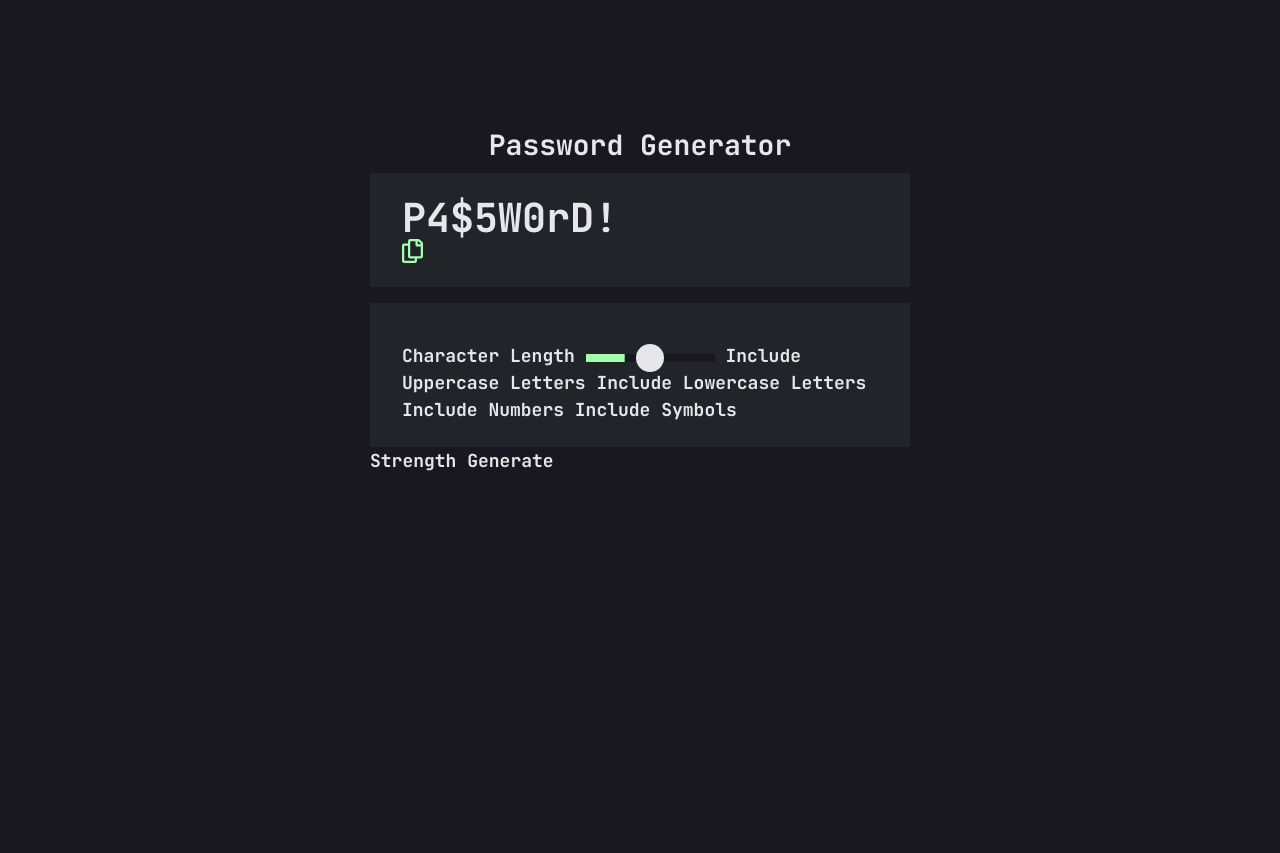
Repository: blordeus/password-generator-app
Page: starter-code/index.html
An editor plug-in stored every save of this project. The page is shown before and after a run of saves, followed by the edit.
The browser window is 1280 px wide. The pictures show the whole page.

Above is the page before, as saved 2023-10-05 20:06:21.

After the next 2 saves:
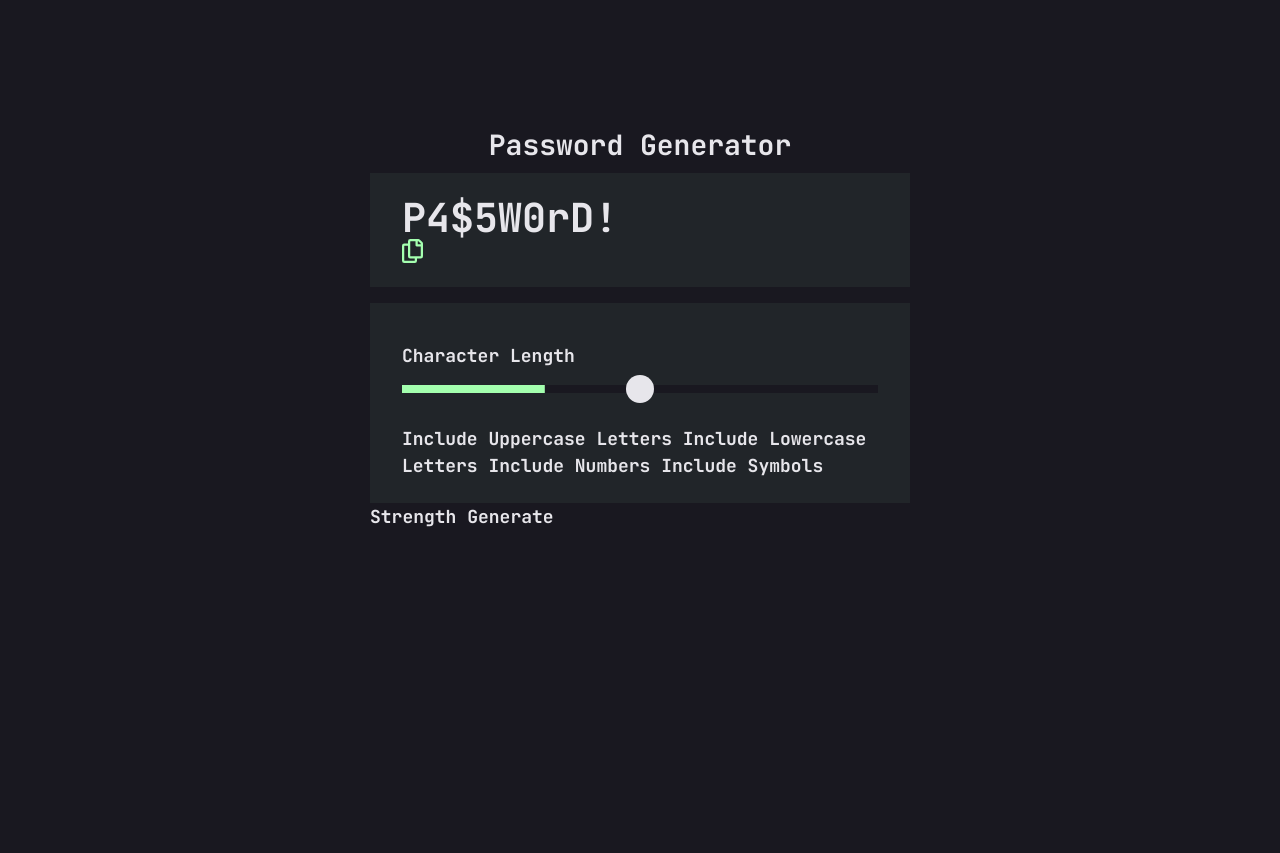
The 2 saves are shown as one change because they came seconds apart.
The last was saved 8 s later.
--- a/starter-code/index.html
+++ b/starter-code/index.html
@@ -25,7 +25,7 @@
 
     <div class="options bg-dark">
       <label for="slider" class="sliderLabel flex">Character Length <span class="sliderValue fs-1 text-green" id="sliderValue"></span></label>
-      <input type="range">
+      <input type="range" class="slider">
       Include Uppercase Letters
       Include Lowercase Letters
       Include Numbers
